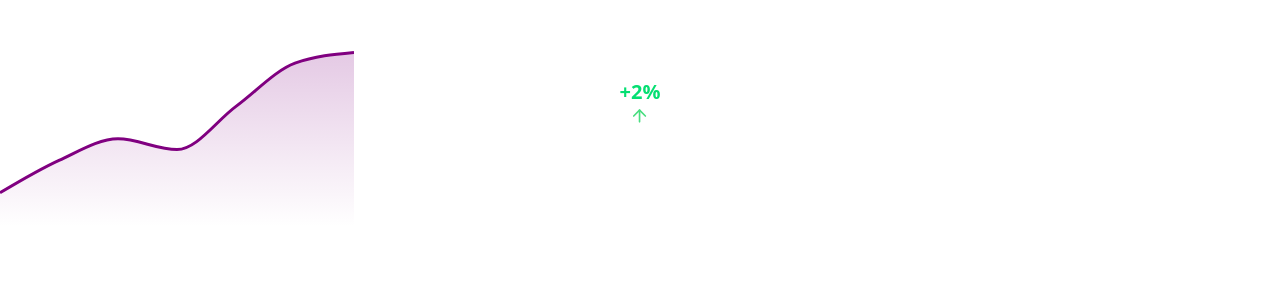
Repository: SharonSebastian32/reacharts
Page: /
An editor plug-in stored every save of this project. The page is shown before and after a run of saves, followed by the edit.
The browser window is 1280 px wide. The pictures show the whole page.
The project was rebuilt for these pictures with package versions that can differ from the ones it lists, and the page was loaded fresh each time. Also part of the build but not shown: vite.config.js.

Above is the page before, as saved 2025-03-20 22:50:45.

### src/App.jsx
import GrowthGraph from "./Components/CurveGraph";
function App() {
  return (
    <>
      <GrowthGraph />
    </>
  );
}

export default App;

### src/Components/CurveGraph.jsx
import React from 'react';
import { LineChart, Line, XAxis, YAxis, CartesianGrid, ResponsiveContainer, Area, AreaChart } from 'recharts';

const GrowthGraph = () => {
  // Sample data to create the desired curve
  const data = [
    { name: 'Jan', value: 20 },
    { name: 'Feb', value: 35 },
    { name: 'Mar', value: 45 },
    { name: 'Apr', value: 40 },
    { name: 'May', value: 60 },
    { name: 'Jun', value: 80 },
    { name: 'Jul', value: 85 },
  ];

  return (
    <div className="w-full h-64 bg-white relative">
      <ResponsiveContainer width="30%" height="100%">
        <AreaChart
          data={data}
          margin={{ top: 20, right: 30, left: 0, bottom: 20 }}
        >
          <defs>
            <linearGradient id="colorGradient" x1="0" y1="0" x2="0" y2="1">
              <stop offset="5%" stopColor="purple" stopOpacity={0.2} />
              <stop offset="95%" stopColor="purple" stopOpacity={0} />
            </linearGradient>
          </defs>
          <CartesianGrid vertical={false} horizontal={false} />
          <XAxis dataKey="name" hide={true} />
          <YAxis hide={true} />
          <Area
            type="monotone"
            dataKey="value"
            stroke="purple"
            strokeWidth={3}
            fillOpacity={1}
            fill="url(#colorGradient)"
            dot={false}
            activeDot={false}
            isAnimationActive={true}
            animationDuration={1500}
          />
        </AreaChart>
      </ResponsiveContainer>

      {/* Growth indicator */}
      <div className="absolute text-green-400 font-bold text-xl" style={{ left: '50%', top: '40%', transform: 'translate(-50%, -50%)' }}>
        +2%
        <div className="flex justify-center">
          <svg width="20" height="20" viewBox="0 0 24 24" fill="none" xmlns="http://www.w3.org/2000/svg">
            <path d="M12 19L12 5" stroke="#4ade80" strokeWidth="2" strokeLinecap="round" strokeLinejoin="round"/>
            <path d="M5 12L12 5L19 12" stroke="#4ade80" strokeWidth="2" strokeLinecap="round" strokeLinejoin="round"/>
          </svg>
        </div>
      </div>
    </div>
  );
};

export default GrowthGraph;

Loaded but not shown: index.html (common file); src/main.jsx (common file); src/index.css (common file)

After the next 2 saves:
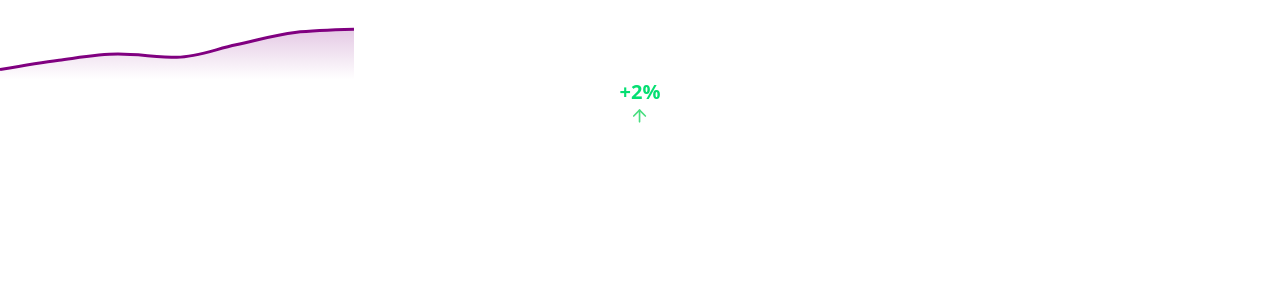
The 2 saves are shown as one change because they came seconds apart.
The last was saved 10 s later.
--- a/src/Components/CurveGraph.jsx
+++ b/src/Components/CurveGraph.jsx
@@ -15,7 +15,7 @@ const GrowthGraph = () => {
 
   return (
     <div className="w-full h-64 bg-white relative">
-      <ResponsiveContainer width="30%" height="100%">
+      <ResponsiveContainer width="30%" height="40%">
         <AreaChart
           data={data}
           margin={{ top: 20, right: 30, left: 0, bottom: 20 }}
